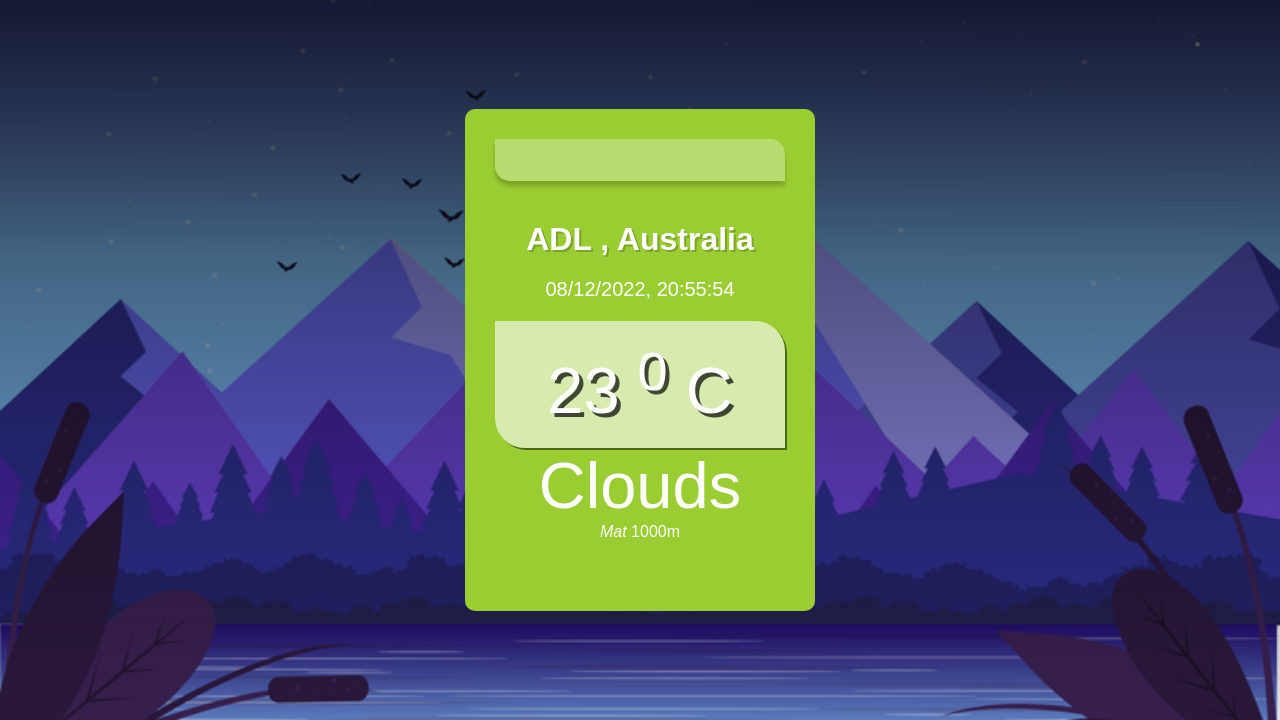
Repository: andrewhuynh561/weather-app-1
Page: index.html
An editor plug-in stored every save of this project. The page is shown before and after the next save, followed by the edit.
The browser window is 1280 px wide. The pictures show the whole page.

Above is the page before, as saved 2022-12-08 21:13:46.

After the next save:
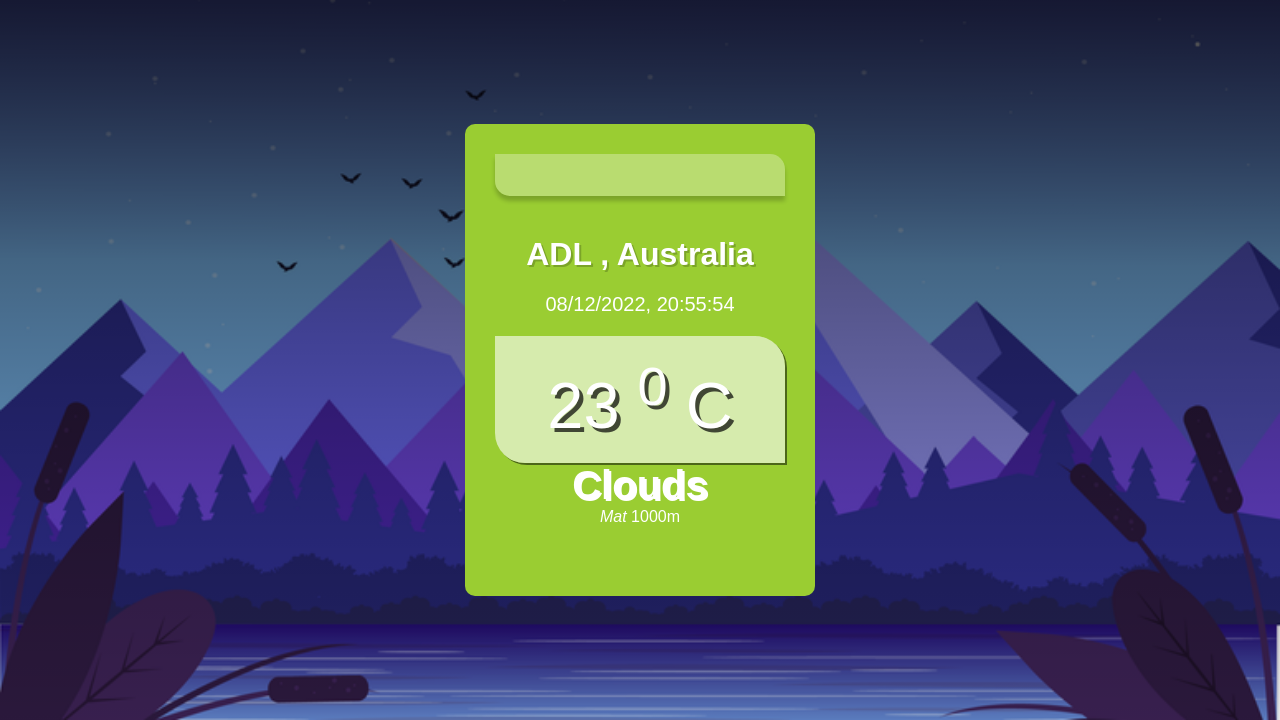
Saved 42 s later.
--- a/style.css
+++ b/style.css
@@ -56,5 +56,8 @@ body{
     padding: 20px;
 }
 .short-desc{
-    font-size: 65px;
+    font-size: 40px;
+    font-weight: bold;
+    text-shadow: 2px 2px;
+
 }
